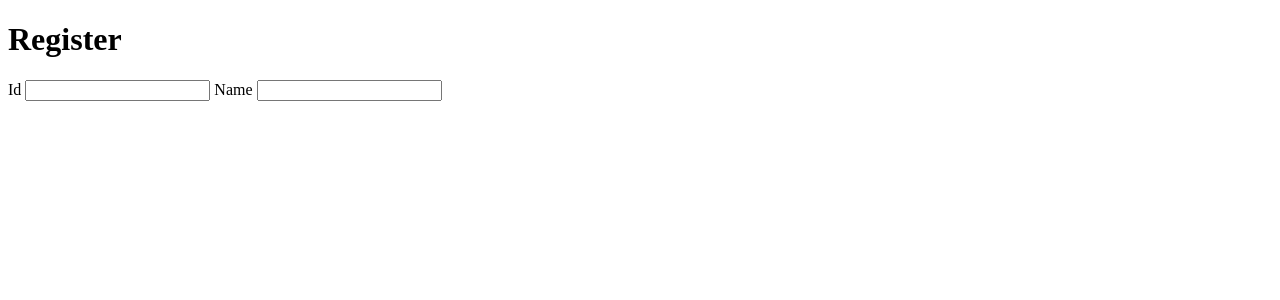
Repository: Danielcruz99/repo-aws-15
Page: register.html
An editor plug-in stored every save of this project. The page is shown before and after the next save, followed by the edit.
The browser window is 1280 px wide. The pictures show the whole page.

Above is the page before, as saved 2024-09-10 13:25:16.

After the next save:
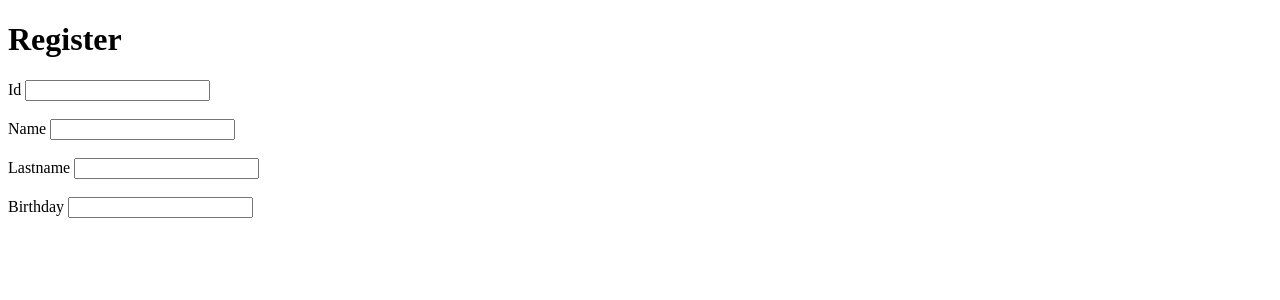
Saved 40 s later.
--- a/register.html
+++ b/register.html
@@ -8,11 +8,10 @@
 <body>
     <h1> Register </h1>
     <form>
-        <label> Id </label> <input>
-        <label> Name</label> <input>
-
-
-
+        <label> Id </label> <input><br> <br>
+        <label> Name</label> <input><br> <br>
+        <label> Lastname</label> <input><br> <br>
+        <label> Birthday </label> <input><br> <br>
     </form>
 </body>
 </html>
